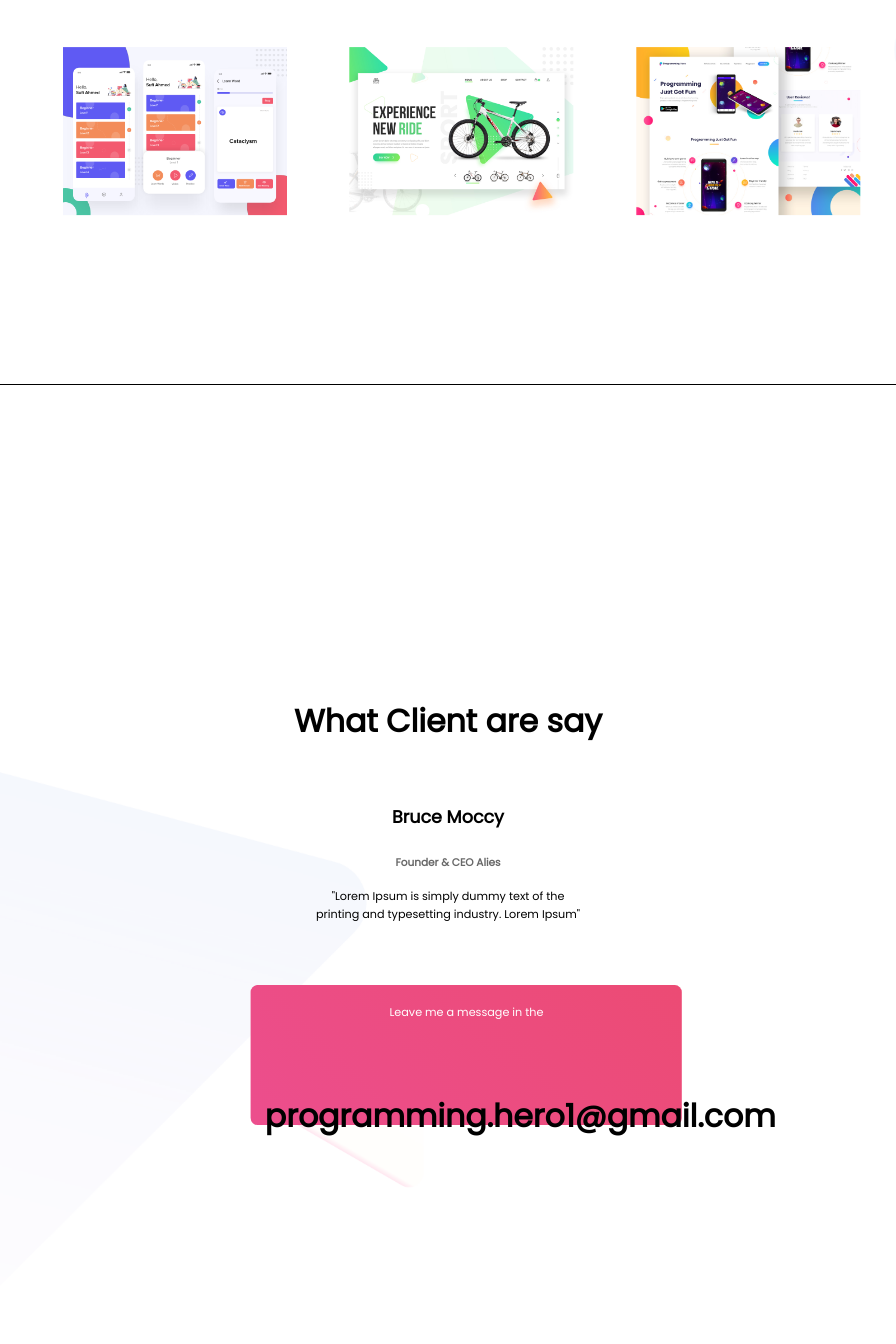
Repository: mohsinfarabi/personal-website
Page: index.html
An editor plug-in stored every save of this project. The page is shown before and after the next save, followed by the edit.
The browser window is 1280 px wide. The pictures show the part of the page from y = 2355 to 4275 px (the page is 4275 px tall), at 70% of full size.

Above is the page before, as saved 2020-07-01 17:00:52.

After the next save:
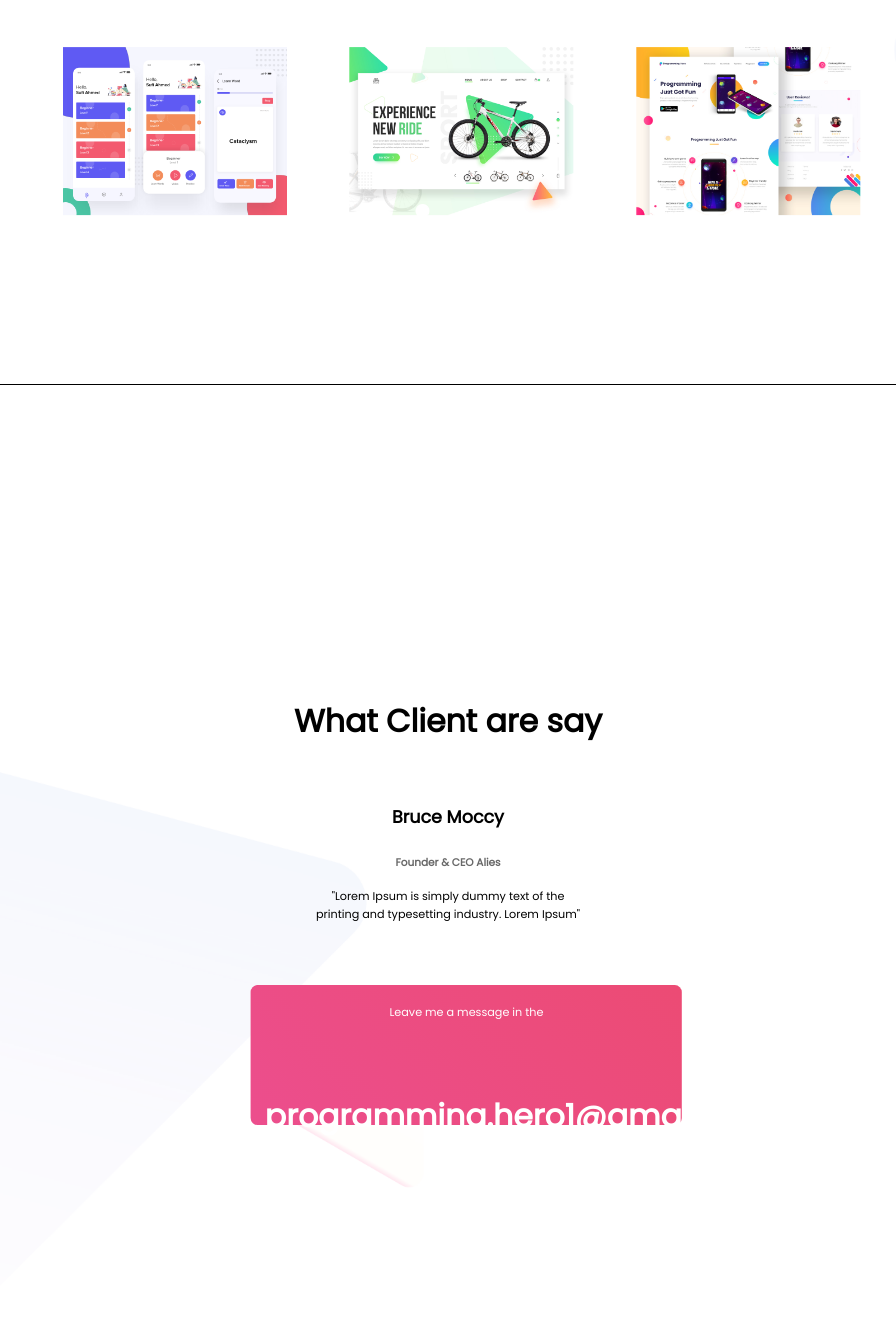
Saved 13 s later.
--- a/style.css
+++ b/style.css
@@ -139,3 +139,7 @@ section {
 .message-panel p {
     color: white;
 }
+
+.message-panel h3 {
+    color: white;
+}

After the save that followed:
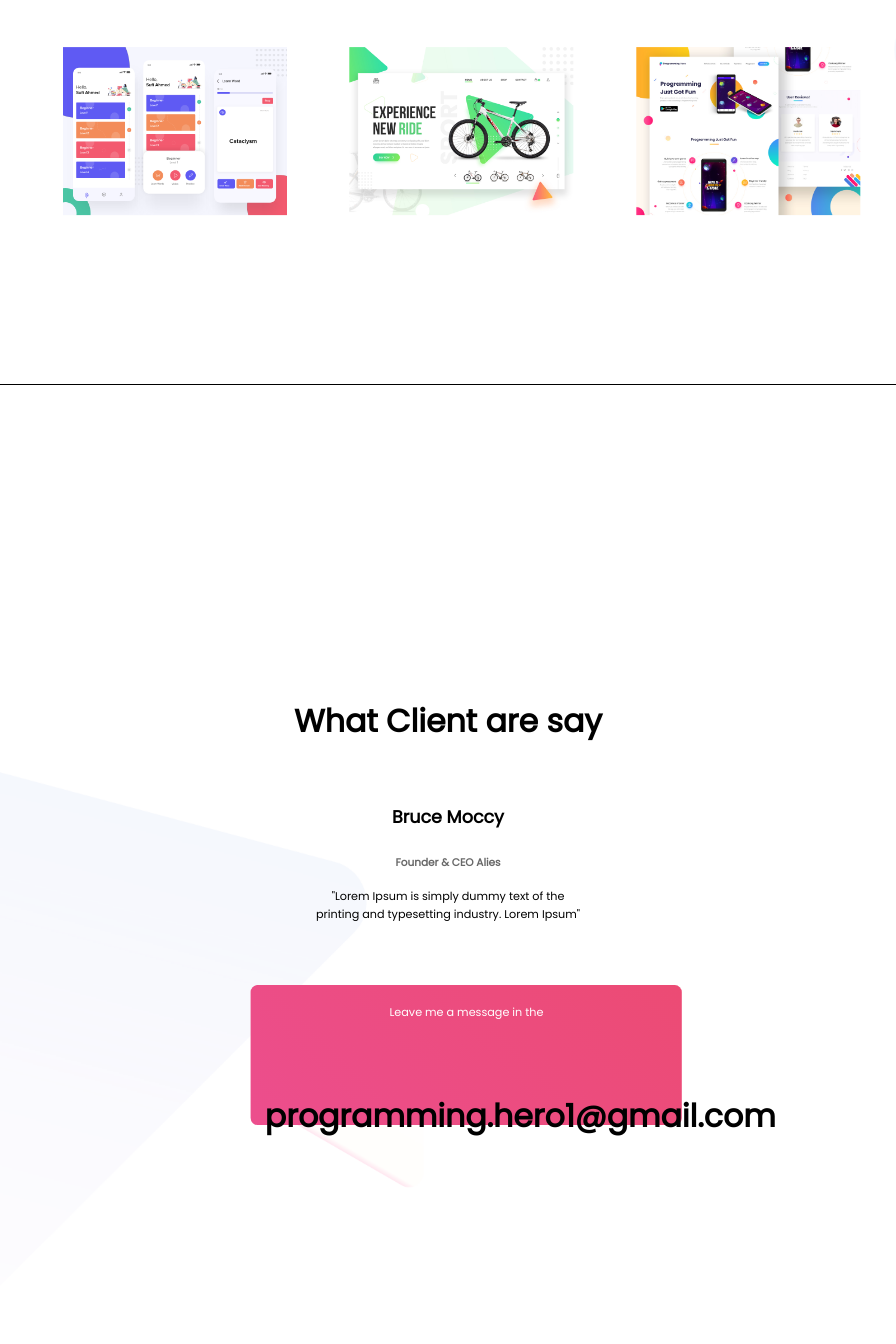
Saved 37 s later.
--- a/style.css
+++ b/style.css
@@ -140,6 +140,6 @@ section {
     color: white;
 }
 
-.message-panel h3 {
+.message-panel h4 {
     color: white;
 }
